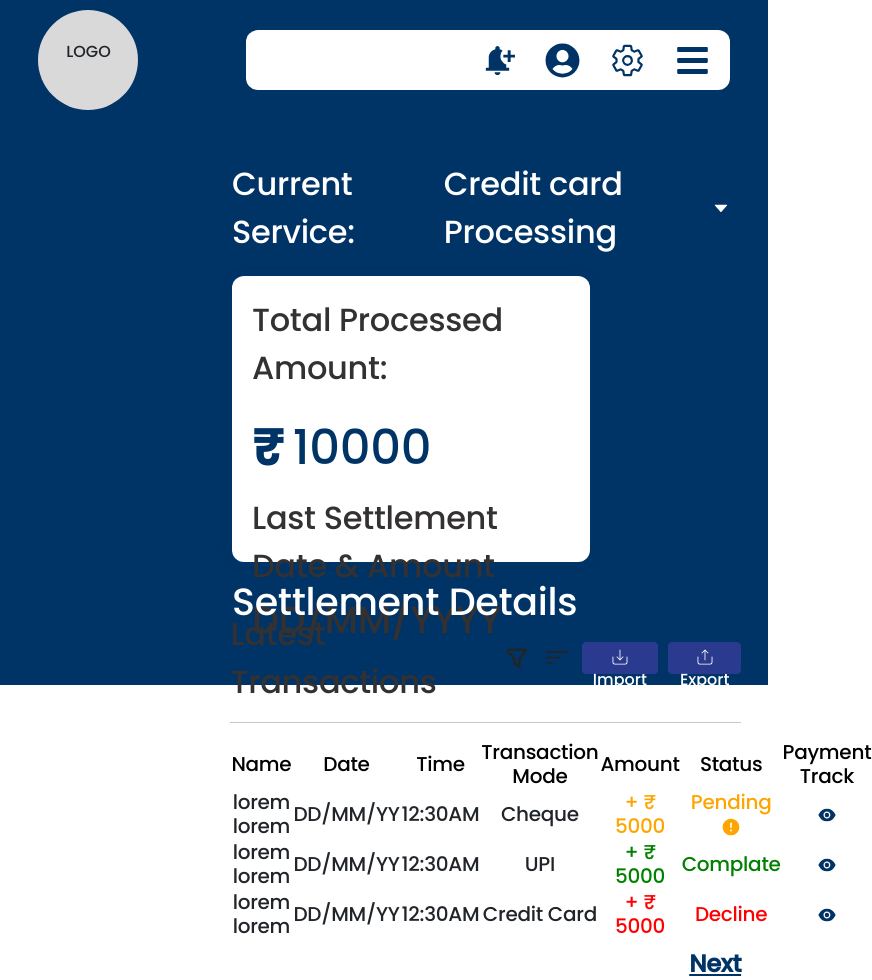
Repository: FlyweisReact/Prashant
Page: /dashboard
An editor plug-in stored every save of this project. The page is shown before and after the next save, followed by the edit.
The browser window is 768 px wide. The page is 872 px wide, so the pictures cover 872 px, including what lies to the right of the window. The pictures show the whole page.
Some web libraries are served in a nearby version. The project was rebuilt for these pictures with package versions that can differ from the ones it lists, and the page was loaded fresh each time. Also part of the build but not shown: src/Pages/CryptoPayment.jsx, src/Pages/CurrentCharge.jsx, src/Styles/Login.module.css, src/Components/Login/LoginFirstSection.jsx, src/Components/Login/LoginMainSection.jsx, src/Pages/Login.jsx, src/Pages/MatureFund.jsx, src/Pages/OpenBanking.jsx and 12 more.

Above is the page before, as saved 2023-03-23 18:29:33.

After the next save:
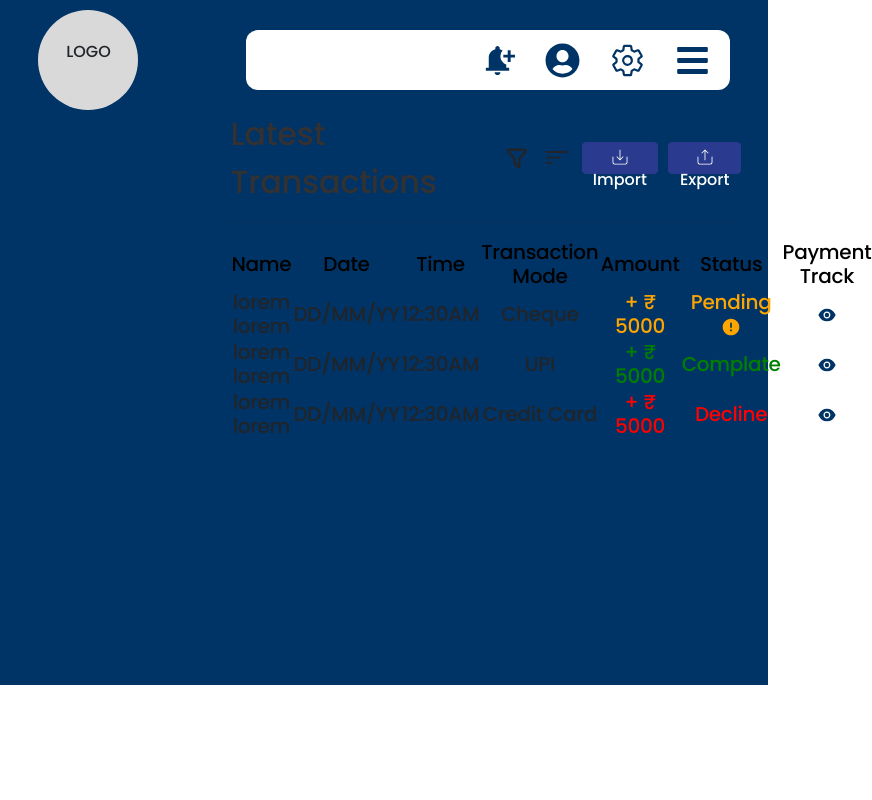
Saved 9 s later.
--- a/src/Styles/Dashboard.module.css
+++ b/src/Styles/Dashboard.module.css
@@ -202,4 +202,7 @@
     width: 70%;
     height: 60px;
   }
-}
+  .TotalAmountMainDiv{
+    display: none;
+  }
+}
